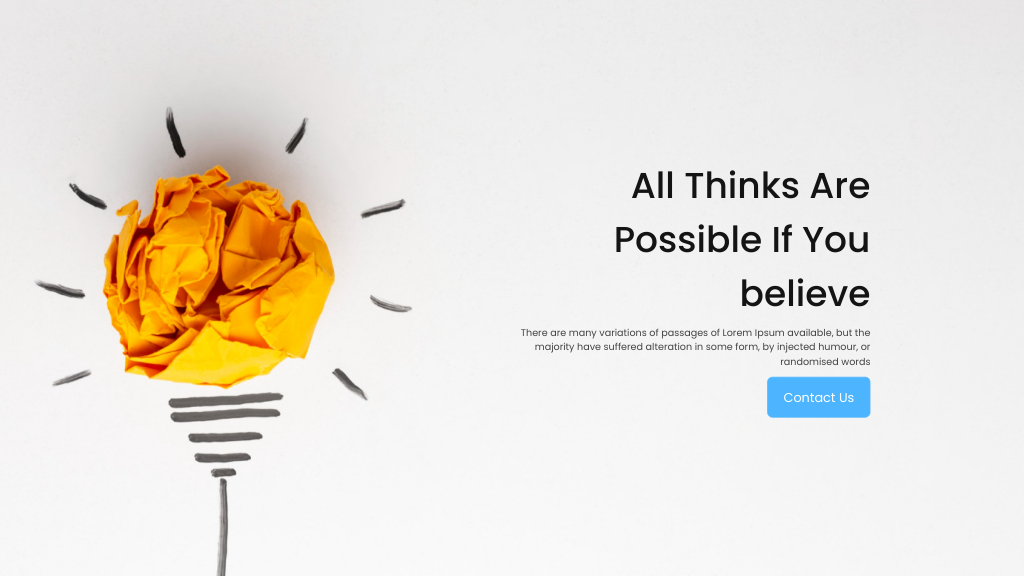
Repository: mdrubel02/new-year-new-mission
Page: index.html
The author's editor kept a copy of each file at every save. The page is drawn from the files as they stood at one save, then again after the next save.
The browser window is 1280 px wide. The pictures show the whole page, at 80% of full size.

Above is the page before, as saved 2023-01-06 22:31:27.

### index.html
<!DOCTYPE html>
<html lang="en">
<head>
    <meta charset="UTF-8">
    <meta http-equiv="X-UA-Compatible" content="IE=edge">
    <meta name="viewport" content="width=device-width, initial-scale=1.0">
    <title>new-year-new-mission</title>
    <!-------- css link ---------->
    <link rel="stylesheet" href="/index.css">
</head>
<body>
    <header>
        <!--------- banner section --------->
        <section class="banner_section ">
                <div class="banner">
                    <h1>All Thinks Are Possible If You believe</h1>
                    <p>There are many variations of passages of Lorem Ipsum available, but the majority have suffered alteration in some form, by injected humour, or randomised words</p>
                    <a href="" class="btn btn-primary">Contact Us</a>
                </div>
        </section>
    </header>
</body>
</html>

### index.css
/* =====GOOGLE FONTS====== */
@import url('https://fonts.googleapis.com/css2?family=Poppins:wght@300;400;500;600&display=swap');

/* =====COMMON STYLES====== */
* {
    margin: 0;
    padding: 0;
    border: 0;
    outline: 0;
    list-style: none;
    text-decoration: none;
}

body {
    font-family: 'Poppins', sans-serif;
}

h1,
h2,
h3,
h4,
h5,
h6 {
    font-weight: 500;
}

.container {
    max-width: 1200px;
    margin: 0 auto;
    padding: 0 30px;
    box-sizing: border-box;
}

a {
    color: #fff;
    transition: all 400ms ease;
}

a:hover {
    color: #fff;
}

.btn {
    text-align: center;
    width: max-content;
    display: inline-block;
    color: #fff;
    padding: 0.75rem 1.2rem;
    border-radius: 0.4rem;
    border: 1px solid #4db5ff;
    transition: all 400ms ease;
}

.btn:hover {
    background: #fff;
    color: #4db5ff;
    border: 1px solid #4db5ff;
}

.btn-primary {
    background: #4db5ff;
    color: #fff;
}

/* ========= Banner section ============== */
.banner_section{
    background-image: url(/images/banner/banner1.png);
    background-repeat: no-repeat;
    background-size: cover;
    background-position: center center;
    height: 100vh;
    width: 100%;
    position: relative;
    z-index: 1;
    display: flex;
    flex-direction: column;
    justify-content: center;
    align-items: flex-end;
    text-align: center;
}
.banner{
    width: 35%;
   margin-top: -0%;
   position: absolute;
   right: 15%;
   display: flex;
   flex-direction: column;
   justify-content: end;
   align-items: flex-end;
}
.banner h1{
    font-size: 45px;
    color: #151414;
    text-align: end;
}
.banner p{
    color: #444343;
    font-size: 12px;
    text-align: end;
    padding-top: 5px;
    padding-bottom: 10px;
}

After the next save:
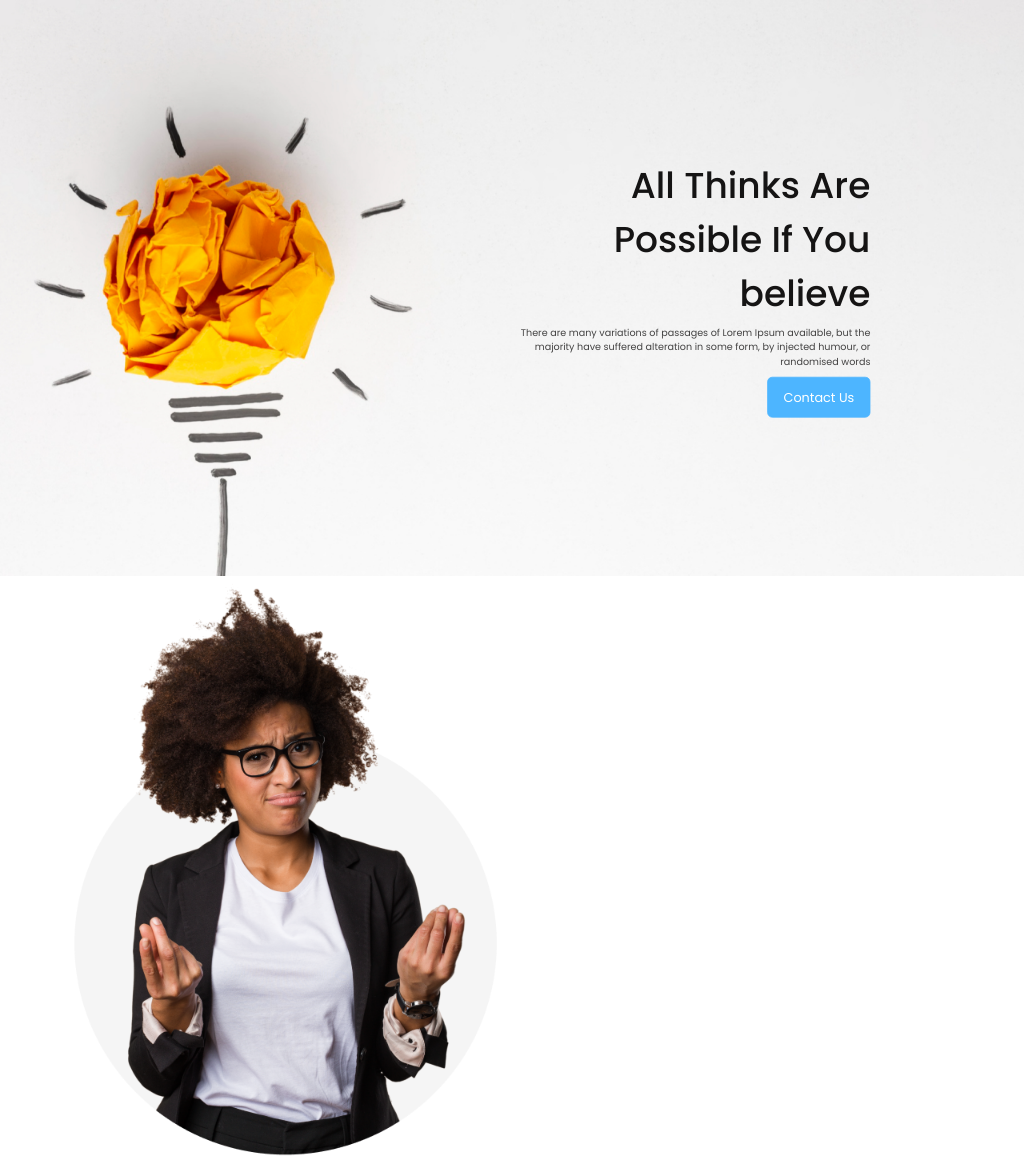
Saved 9 min 50 s later.
--- a/index.html
+++ b/index.html
@@ -1,5 +1,6 @@
 <!DOCTYPE html>
 <html lang="en">
+
 <head>
     <meta charset="UTF-8">
     <meta http-equiv="X-UA-Compatible" content="IE=edge">
@@ -8,16 +9,28 @@
     <!-------- css link ---------->
     <link rel="stylesheet" href="/index.css">
 </head>
+
 <body>
     <header>
         <!--------- banner section --------->
         <section class="banner_section ">
-                <div class="banner">
-                    <h1>All Thinks Are Possible If You believe</h1>
-                    <p>There are many variations of passages of Lorem Ipsum available, but the majority have suffered alteration in some form, by injected humour, or randomised words</p>
-                    <a href="" class="btn btn-primary">Contact Us</a>
-                </div>
+            <div class="banner">
+                <h1>All Thinks Are Possible If You believe</h1>
+                <p>There are many variations of passages of Lorem Ipsum available, but the majority have suffered
+                    alteration in some form, by injected humour, or randomised words</p>
+                <a href="" class="btn btn-primary">Contact Us</a>
+            </div>
         </section>
     </header>
+    <section class="container">
+        <div class="experience_section">
+            <div class="experience_left">
+                <img src="./images/person.png" alt="">
+            </div>
+            <div class="experience_right"></div>
+        </div>
+
+    </section>
 </body>
+
 </html>
